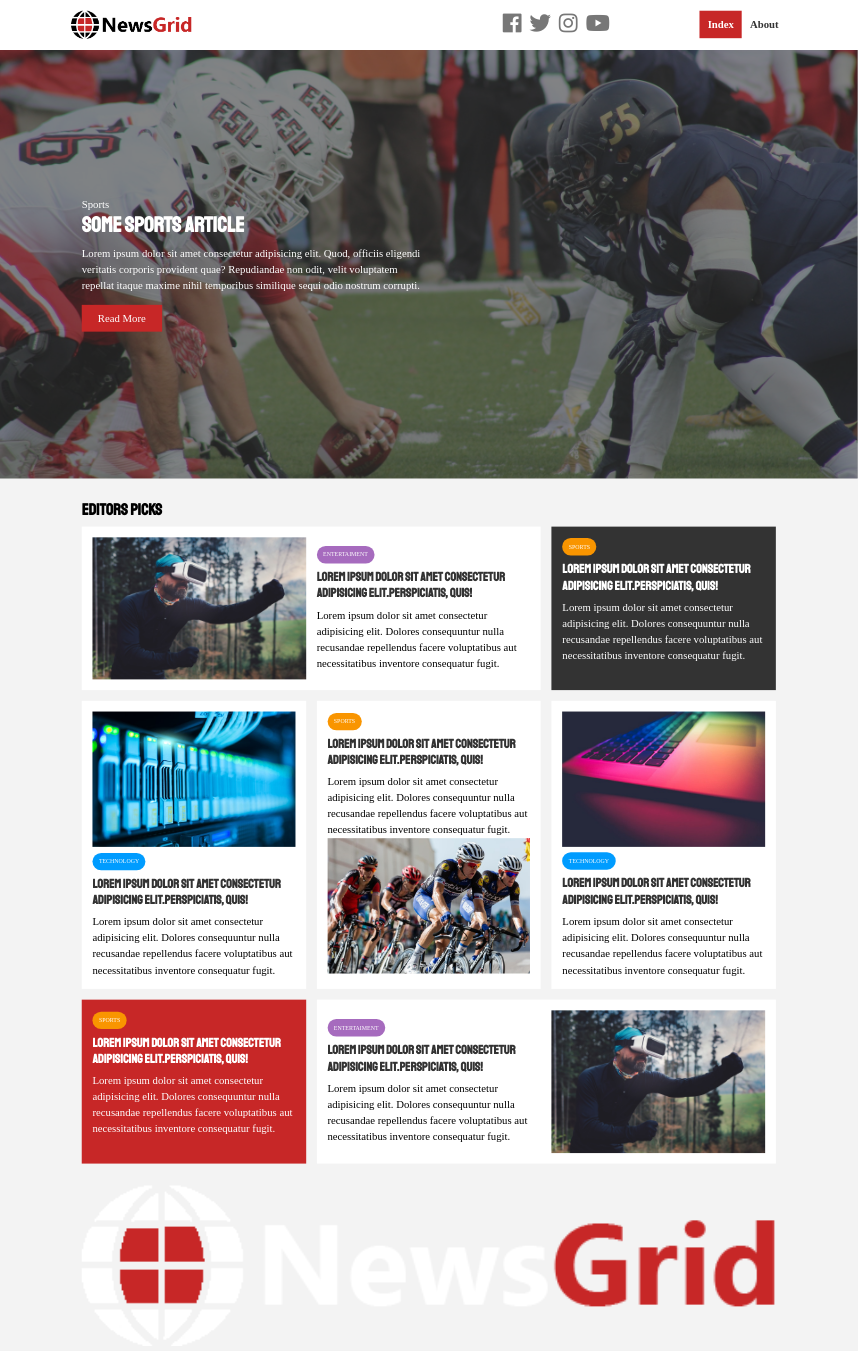
Repository: minhtien9/newsgrid
Page: index.html
These files come from the project's save history. The page is drawn as it stood at one moment and after the next save; the edit follows.
The browser window is 1280 px wide. The pictures show the whole page, at 67% of full size.
Some web libraries are served in a nearby version.

Above is the page before, as saved 2021-08-25 21:56:46.

### index.html
<!DOCTYPE html>
<html lang="en">

<head>
    <meta charset="UTF-8" />
    <meta name="viewport" content="width=device-width, initial-scale=1.0" />
    <meta http-equiv="X-UA-Compatible" content="ie=edge" />
    <link rel="stylesheet" href="https://use.fontawesome.com/releases/v5.6.3/css/all.css" integrity="sha384-UHRtZLI+pbxtHCWp1t77Bi1L4ZtiqrqD80Kn4Z8NTSRyMA2Fd33n5dQ8lWUE00s/" crossorigin="anonymous" />
    <link href="https://fonts.googleapis.com/css2?family=Lato&family=Staatliches&display=swap" rel="stylesheet" />
    <link rel="stylesheet" href="css/style.css" />
    <link rel="stylesheet" media="screen and (max-width: 768px)" href="css/mobile.css" />
    <link rel="shortcut icon" type="image/x-icon" href="favicon.ico" />
    <title>NewsGrid | Latest News</title>
</head>

<body>
    <nav id="main-nav">
        <div class="container">
            <img src="img/logo.png" alt="NewsGrid" class="logo" />
            <div class="social">
                <a href="http://facebook.com" target="_blank"><i class="fab fa-facebook fa-2x"></i
          ></a>
                <a href="http://twitter.com" target="_blank"><i class="fab fa-twitter fa-2x"></i
          ></a>
                <a href="http://instagram.com" target="_blank"><i class="fab fa-instagram fa-2x"></i
          ></a>
                <a href="http://youtube.com" target="_blank"><i class="fab fa-youtube fa-2x"></i
          ></a>
            </div>
            <ul>
                <li><a class="current" href="index.html">Index</a></li>
                <li><a href="about.html">About</a></li>
            </ul>
        </div>
    </nav>

    <!-- Showcase -->
    <header id="showcase">
        <div class="container">
            <div class="showcase-container">
                <div class="showcase-content">
                    <div class="categogy catogory-sports">Sports</div>
                    <h1>Some Sports Article</h1>
                    <p>
                        Lorem ipsum dolor sit amet consectetur adipisicing elit. Quod, officiis eligendi veritatis corporis provident quae? Repudiandae non odit, velit voluptatem repellat itaque maxime nihil temporibus similique sequi odio nostrum corrupti.
                    </p>
                    <a href="article.html" class="btn btn-primary">Read More</a>
                </div>
            </div>
        </div>
    </header>
    <!-- Home Articles -->
    <section id="home-articles" class="py-2">
        <div class="container">
            <h2>Editors Picks</h2>
            <div class="articles-container">
                <article class="card">
                    <img src="img/articles/ent1.jpg" alt="" />
                    <div>
                        <div class="category category-ent">Entertaiment</div>
                        <h3>
                            <a href="article.html">Lorem ipsum dolor sit amet consectetur adipisicing
                  elit.Perspiciatis, quis!</a
                >
              </h3>
              <p>
                Lorem ipsum dolor sit amet consectetur adipisicing elit. Dolores
                consequuntur nulla recusandae repellendus facere voluptatibus
                aut necessitatibus inventore consequatur fugit.
              </p>
            </div>
          </article>
          <article class="card bg-dark">
            <div class="category category-sports">Sports</div>
            <h3>
              <a href="article.html"
                >Lorem ipsum dolor sit amet consectetur adipisicing
                elit.Perspiciatis, quis!</a
              >
            </h3>
            <p>
              Lorem ipsum dolor sit amet consectetur adipisicing elit. Dolores
              consequuntur nulla recusandae repellendus facere voluptatibus aut
              necessitatibus inventore consequatur fugit.
            </p>
          </article>
          <article class="card">
            <img src="img/articles/tech1.jpg" alt="" />
            <div class="category category-tech">Technology</div>
            <h3>
              <a href="article.html"
                >Lorem ipsum dolor sit amet consectetur adipisicing
                elit.Perspiciatis, quis!</a
              >
            </h3>
            <p>
              Lorem ipsum dolor sit amet consectetur adipisicing elit. Dolores
              consequuntur nulla recusandae repellendus facere voluptatibus aut
              necessitatibus inventore consequatur fugit.
            </p>
          </article>
          <article class="card">
            <div class="category category-sports">Sports</div>
            <h3>
              <a href="article.html"
                >Lorem ipsum dolor sit amet consectetur adipisicing
                elit.Perspiciatis, quis!</a
              >
            </h3>
            <p>
              Lorem ipsum dolor sit amet consectetur adipisicing elit. Dolores
              consequuntur nulla recusandae repellendus facere voluptatibus aut
              necessitatibus inventore consequatur fugit.
            </p>
            <img src="img/articles/sports1.jpg" alt="" />
          </article>
          <article class="card">
            <img src="img/articles/tech2.jpg" alt="" />
            <div class="category category-tech">Technology</div>
            <h3>
              <a href="article.html"
                >Lorem ipsum dolor sit amet consectetur adipisicing
                elit.Perspiciatis, quis!</a
              >
            </h3>
            <p>
              Lorem ipsum dolor sit amet consectetur adipisicing elit. Dolores
              consequuntur nulla recusandae repellendus facere voluptatibus aut
              necessitatibus inventore consequatur fugit.
            </p>
          </article>
          <article class="card bg-primary">
            <div class="category category-sports">Sports</div>
            <h3>
              <a href="article.html"
                >Lorem ipsum dolor sit amet consectetur adipisicing
                elit.Perspiciatis, quis!</a
              >
            </h3>
            <p>
              Lorem ipsum dolor sit amet consectetur adipisicing elit. Dolores
              consequuntur nulla recusandae repellendus facere voluptatibus aut
              necessitatibus inventore consequatur fugit.
            </p>
          </article>
          <article class="card">
            <div>
              <div class="category category-ent">Entertaiment</div>
              <h3>
                <a href="article.html"
                  >Lorem ipsum dolor sit amet consectetur adipisicing
                  elit.Perspiciatis, quis!</a
                >
              </h3>
              <p>
                Lorem ipsum dolor sit amet consectetur adipisicing elit. Dolores
                consequuntur nulla recusandae repellendus facere voluptatibus
                aut necessitatibus inventore consequatur fugit.
              </p>
            </div>
            <img src="img/articles/ent1.jpg" alt="" />
          </article>
        </div>
      </div>
    </section>

    <!-- Footer -->
    <footer id="main-footer">
      <div class="container footer-container">
        <img src="img/logo_light.png" alt="NewsGrid" />
      </div>
    </footer>
  </body>
</html>

### css/style.css
:root {
    --primary-color: #c72727;
    --secondary-color: #f99500;
    --light-color: #f3f3f3;
    --dark-color: #333;
    --max-width: 1100px;
}

.category {
    --sports-color: #f99500;
    --ent-color: #a66bbe;
    --tech-color: #009cff;
}

* {
    margin: 0;
    padding: 0;
    box-sizing: border-box;
}

body {
    font-family: 'Lato' sans-serif;
    line-height: 1.5;
    background: var(--light-color);
}

a {
    color: #333;
    text-decoration: none;
}

ul {
    list-style: none;
}

img {
    width: 100%;
}

h1,
h2,
h3,
h4,
h5,
h6 {
    font-family: 'Staatliches', cursive;
    margin-bottom: 0.55rem;
    line-height: 1.3;
}


/* Utility */

.container {
    max-width: var(--max-width);
    margin: auto;
    padding: 0 2rem;
    overflow: hidden;
}

.category {
    display: inline-block;
    color: #fff;
    font-size: 0.55rem;
    text-transform: uppercase;
    padding: 0.4rem 0.6rem;
    border-radius: 15px;
    margin-bottom: 0.5rem;
}

.category-sports {
    background: var(--sports-color);
}

.category-ent {
    background: var(--ent-color);
}

.category-tech {
    background: var(--tech-color);
}

.btn {
    display: inline-block;
    border: none;
    background: var(--dark-color);
    color: #fff;
    padding: 0.5rem 1.5rem;
}

.btn-light {
    background: var(--light-color);
}

.btn-primary {
    background: var(--primary-color);
}

.btn-secondary {
    background: var(--secondary-color);
}

.btn:hover {
    opacity: 0.9;
}

.card {
    background: #fff;
    padding: 1rem;
}

.bg-dark {
    background: var(--dark-color);
    color: #fff;
}

.bg-primary {
    background: var(--primary-color);
    color: #fff;
}

.bg-secondary {
    background: var(--secondary-color);
    color: #fff;
}

.bg-dark h1,
.bg-dark h2,
.bg-dark h3,
.bg-dark a,
.bg-primary h1,
.bg-primary h2,
.bg-primary h3,
.bg-primary a,
.bg-secondary h1,
.bg-secondary h2,
.bg-secondary h3,
.bg-secondary a {
    color: #fff;
}

.py-1 {
    padding: 1.5rem 0;
}

.py-2 {
    padding: 2rem 0;
}

.py-3 {
    padding: 3rem 0;
}

.p-1 {
    padding: 1.5rem;
}

.p-2 {
    padding: 2rem;
}

.p-3 {
    padding: 3rem;
}


/* Navigation */

#main-nav {
    background: #fff;
    position: sticky;
    top: 0;
    z-index: 2;
}

#main-nav .container {
    display: grid;
    grid-template-columns: 6fr 3fr 2fr;
    padding: 1rem;
    align-items: center;
}

#main-nav .logo {
    width: 180px;
}

#main-nav ul {
    justify-self: end;
    display: flex;
}

#main-nav ul li a {
    padding: 0.75rem;
    font-weight: bold;
}

#main-nav ul li a.current {
    background: var(--primary-color);
    color: #fff;
}

#main-nav ul li a:hover {
    background: var(--light-color);
    color: var(--dark-color);
}

#main-nav .social {
    justify-self: center;
}

#main-nav .social i {
    color: #777;
    margin-right: 0.5rem;
}


/* Showcase */

#showcase {
    color: #fff;
    background: #333;
    padding: 2rem;
    position: relative;
}

#showcase:before {
    content: '';
    background: url('../img/featured.jpg') no-repeat center center/cover;
    position: absolute;
    top: 0;
    left: 0;
    width: 100%;
    height: 100%;
    opacity: 0.4;
}

#showcase .showcase-container {
    display: grid;
    grid-template-columns: repeat(2, 1fr);
    justify-content: center;
    align-items: center;
    height: 80vh;
}

#showcase .showcase-content {
    z-index: 1;
}

#showcase .showcase-content p {
    margin-bottom: 1rem;
}


/* Home Articles */

#home-articles .articles-container {
    display: grid;
    grid-template-columns: repeat(3, 1fr);
    grid-gap: 1rem;
}

#home-articles .articles-container>*:first-child,
#home-articles .articles-container>*:last-child {
    display: grid;
    grid-template-columns: repeat(2, 1fr);
    grid-gap: 1rem;
    grid-column: 1 / span 2;
    align-items: center;
}

#home-articles .articles-container>*:last-child {
    grid-column: 2 / span 2;
}

Loaded but not shown: css/mobile.css (no stored copy; drawn as an empty file)

After the next save:
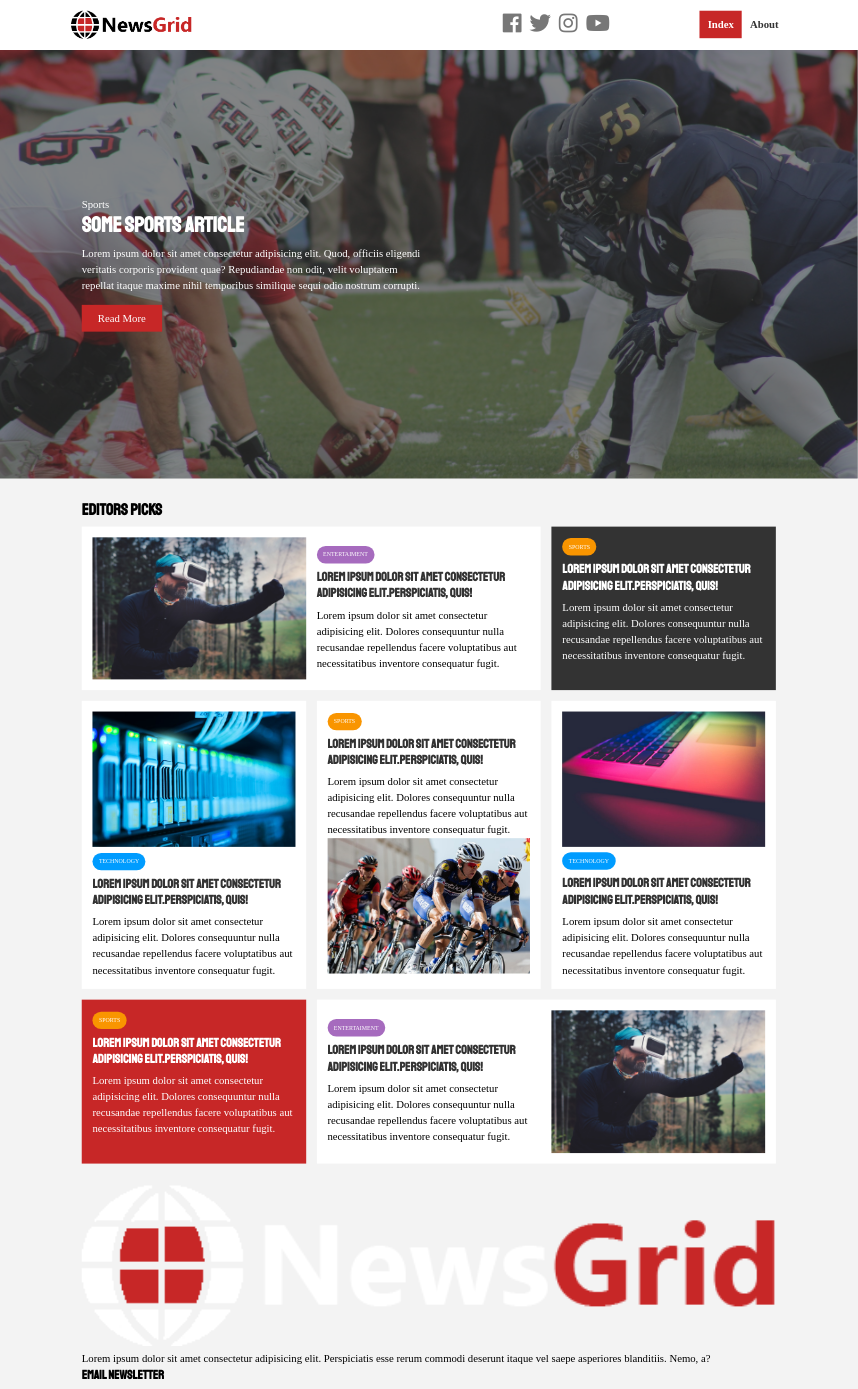
Saved 28 s later.
--- a/index.html
+++ b/index.html
@@ -168,6 +168,14 @@
     <footer id="main-footer">
       <div class="container footer-container">
         <img src="img/logo_light.png" alt="NewsGrid" />
+        <p>
+          Lorem ipsum dolor sit amet consectetur adipisicing elit. Perspiciatis
+          esse rerum commodi deserunt itaque vel saepe asperiores blanditiis.
+          Nemo, a?
+        </p>
+        <div>
+          <h3>Email NewsLetter</h3>
+        </div>
       </div>
     </footer>
   </body>
